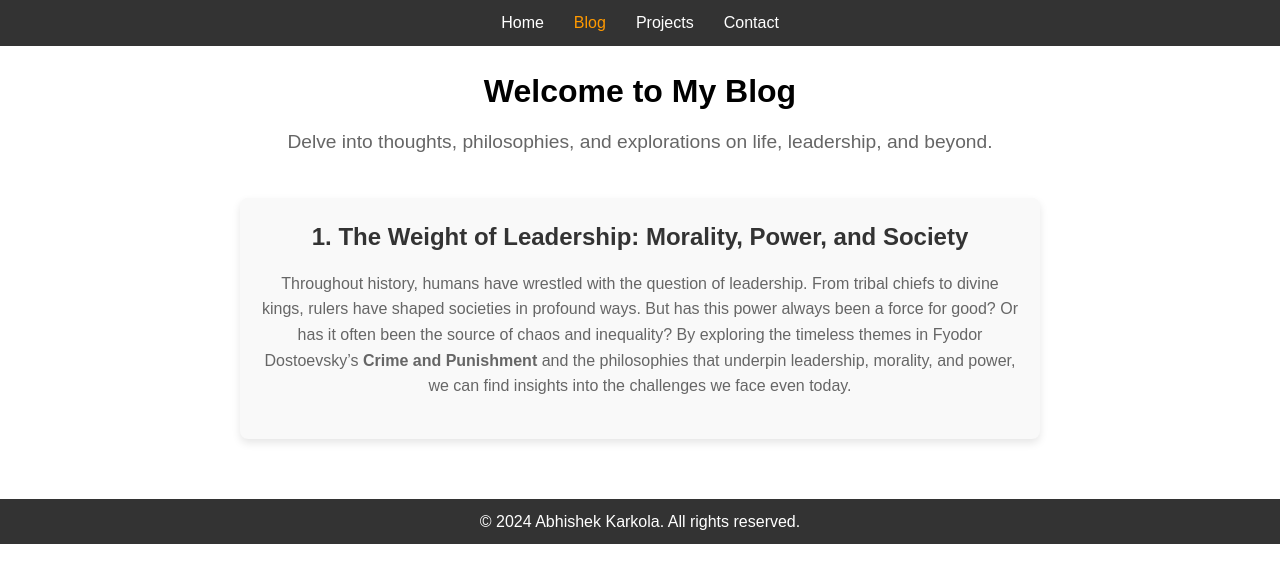
Repository: APersonalVoyage/APersonalVoyage.github.io
Page: blog.html
An editor plug-in stored every save of this project. The page is shown before and after the next save, followed by the edit.
The browser window is 1280 px wide. The pictures show the whole page.

Above is the page before, as saved 2024-11-17 17:50:41.

After the next save:
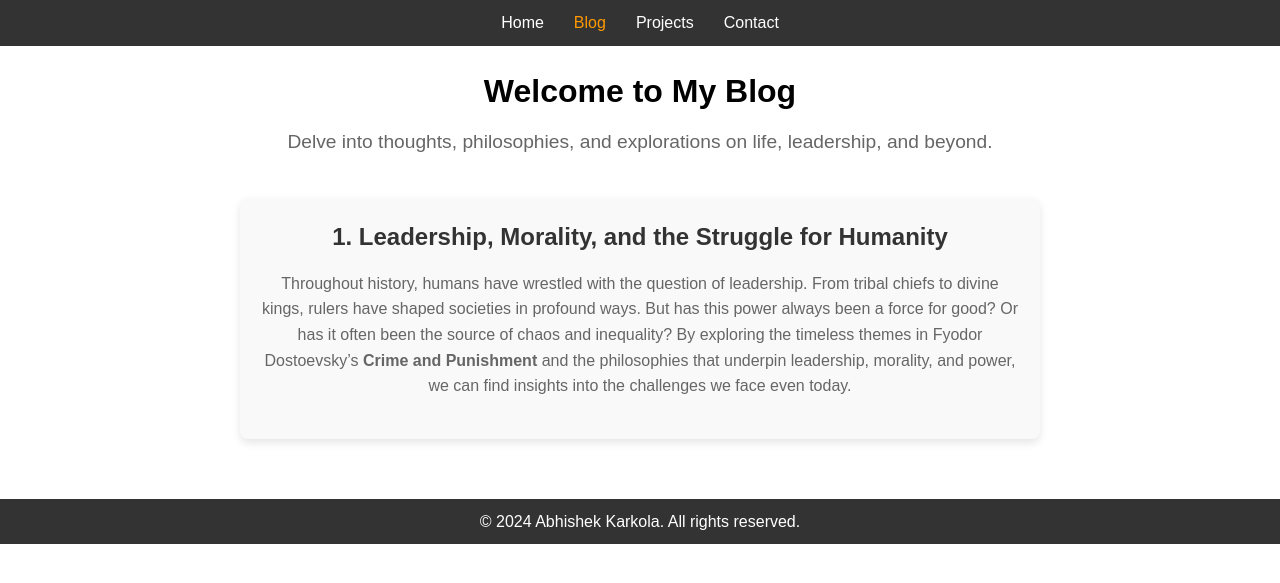
Saved 2 min 0 s later.
--- a/blog.html
+++ b/blog.html
@@ -29,7 +29,7 @@
         <!-- Blog Post 1 -->
         <article class="blog-details">
           <h2 class="project-title">
-            <a href="blog_post_1.html" class="blog-link">1. The Weight of Leadership: Morality, Power, and Society</a>
+            <a href="blog_post_1.html" class="blog-link">1. Leadership, Morality, and the Struggle for Humanity</a>
           </h2>
           <p class="blog-summary">
             Throughout history, humans have wrestled with the question of leadership. From tribal chiefs to divine kings, rulers have shaped societies in profound ways. But has this power always been a force for good? Or has it often been the source of chaos and inequality? By exploring the timeless themes in Fyodor Dostoevsky’s <b>Crime and Punishment</b> and the philosophies that underpin leadership, morality, and power, we can find insights into the challenges we face even today.
